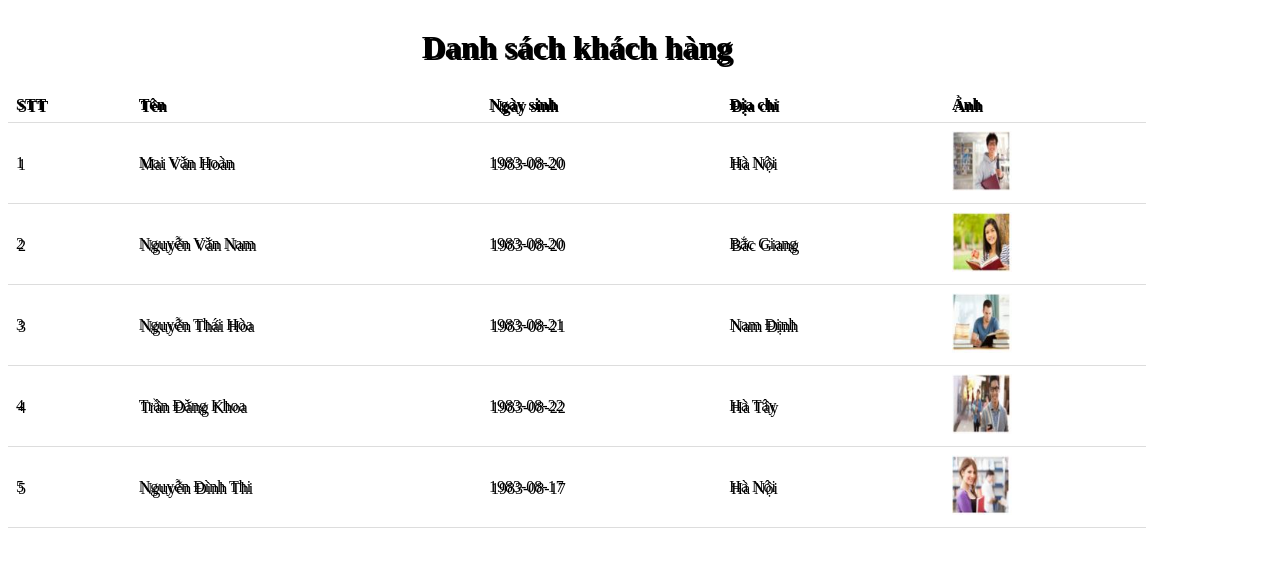
Repository: NGUYEN112/Module2
Page: http://localhost/
These files come from the project's save history. The page is drawn as it stood at one moment and after the next save; the edit follows.
The browser window is 1280 px wide. The pictures show the whole page.
The page is run by PHP 8.4 with error messages shown; the project is at /var/www/html/.

Above is the page before, as saved 2021-01-15 08:38:22.

### bai3-khachhang/index.php
<!DOCTYPE html>
<html lang="en">
<head>
    <meta charset="UTF-8">
    <meta name="viewport" content="width=device-width, initial-scale=1.0">
    <title>Document</title>
</head>
<style>
table {
    border-collapse: collapse;
    width: 90%;
    text-shadow: 2px 2px
}
th, td {
    padding: 8px;
    text-align: left;
    border-bottom: 1px solid #ddd;
}
</style>
<body>
<table border="0">
  <caption><h1>Danh sách khách hàng</h1></caption>
  <tr>
    <th>STT</th>
    <th>Tên</th>
    <th>Ngày sinh</th>
    <th>Địa chỉ</th>
    <th>Ảnh</th>
  </tr>
  <?php
$customerlist = array(
    "1" => array("ten" => "Mai Văn Hoàn",
                 "ngaysinh" => "1983-08-20",
                 "diachi" => "Hà Nội",
                 "anh" => "images/img1.jpg"),
    "2" => array("ten" => "Nguyễn Văn Nam",
                 "ngaysinh" => "1983-08-20",
                 "diachi" => "Bắc Giang",
                 "anh" => "images/img2.jpg"),
    "3" => array("ten" => "Nguyễn Thái Hòa",
                 "ngaysinh" => "1983-08-21",
                 "diachi" => "Nam Định",
                 "anh" => "images/img3.jpg"),
    "4" => array("ten" => "Trần Đăng Khoa",
                  "ngaysinh" => "1983-08-22",
                  "diachi" => "Hà Tây",
                  "anh" => "images/img4.jpg"),
    "5" => array("ten" => "Nguyễn Đình Thi",
                  "ngaysinh" => "1983-08-17",
                  "diachi" => "Hà Nội",
                  "anh" => "images/img5.jpg")
   );

   foreach($customerlist as $key => $values){
    echo "<tr>";
    echo "<td>".$key."</td>";
    echo "<td>".$values['ten']."</td>";
    echo "<td>".$values['ngaysinh']."</td>";
    echo "<td>".$values['diachi']."</td>";
    echo "<td><image src ='".$values['anh']."' width = '60px' height ='60px'/></td>";
    echo "</tr>";
  }
?>
 </table>
</body>
</html>

After the next save:
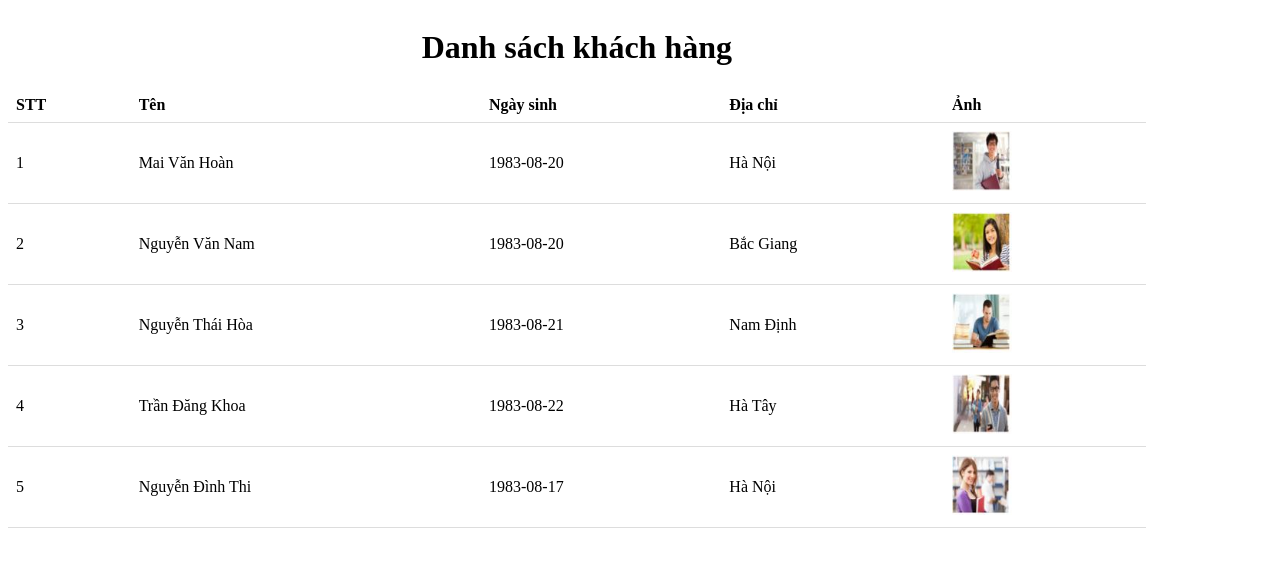
Saved 28 s later.
--- a/bai3-khachhang/index.php
+++ b/bai3-khachhang/index.php
@@ -9,7 +9,6 @@
 table {
     border-collapse: collapse;
     width: 90%;
-    text-shadow: 2px 2px
 }
 th, td {
     padding: 8px;
